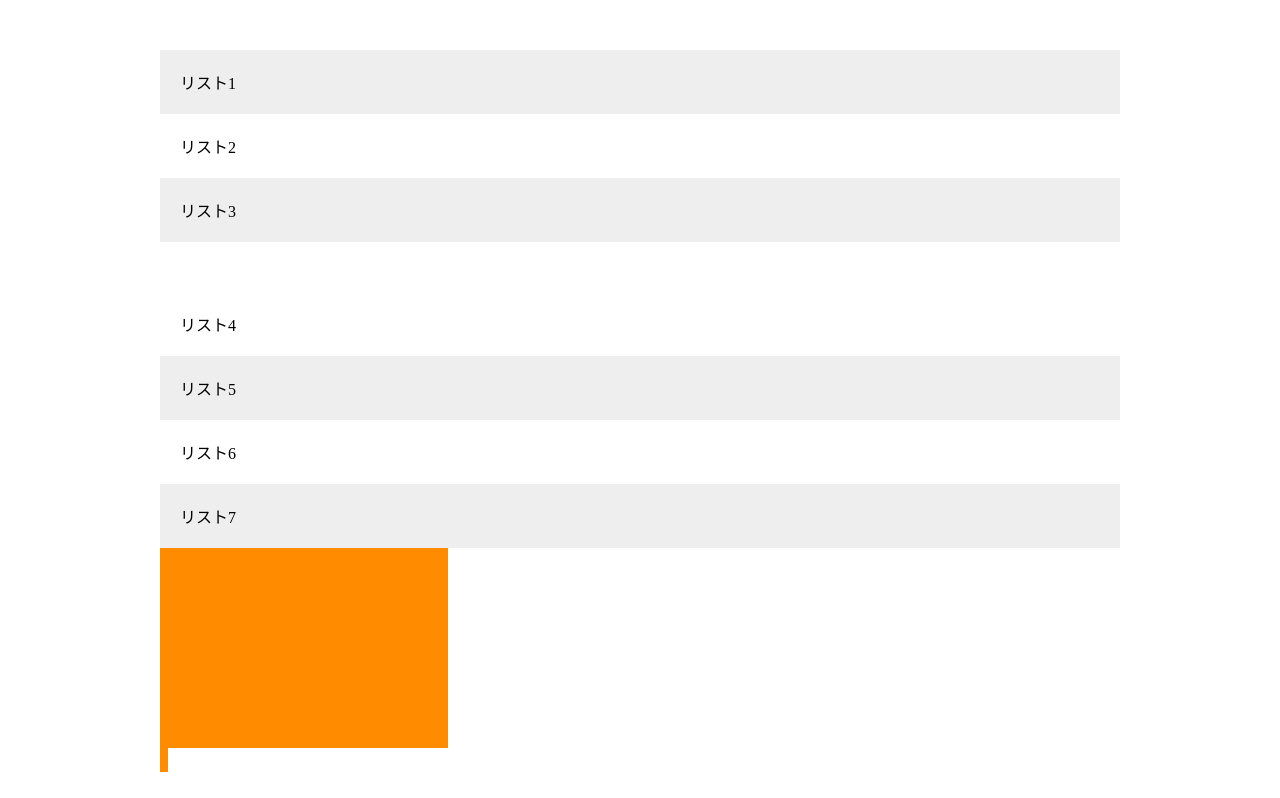
Repository: ayakodesu/html-practice
Page: chapter8_exercise/chapter8.html
The author's editor kept a record of every edit. The page is drawn from the files as they stood at one moment, then again after the next edit.
The browser window is 1280 px wide. The pictures show the whole page.

Above is the page before.

After the next edit:
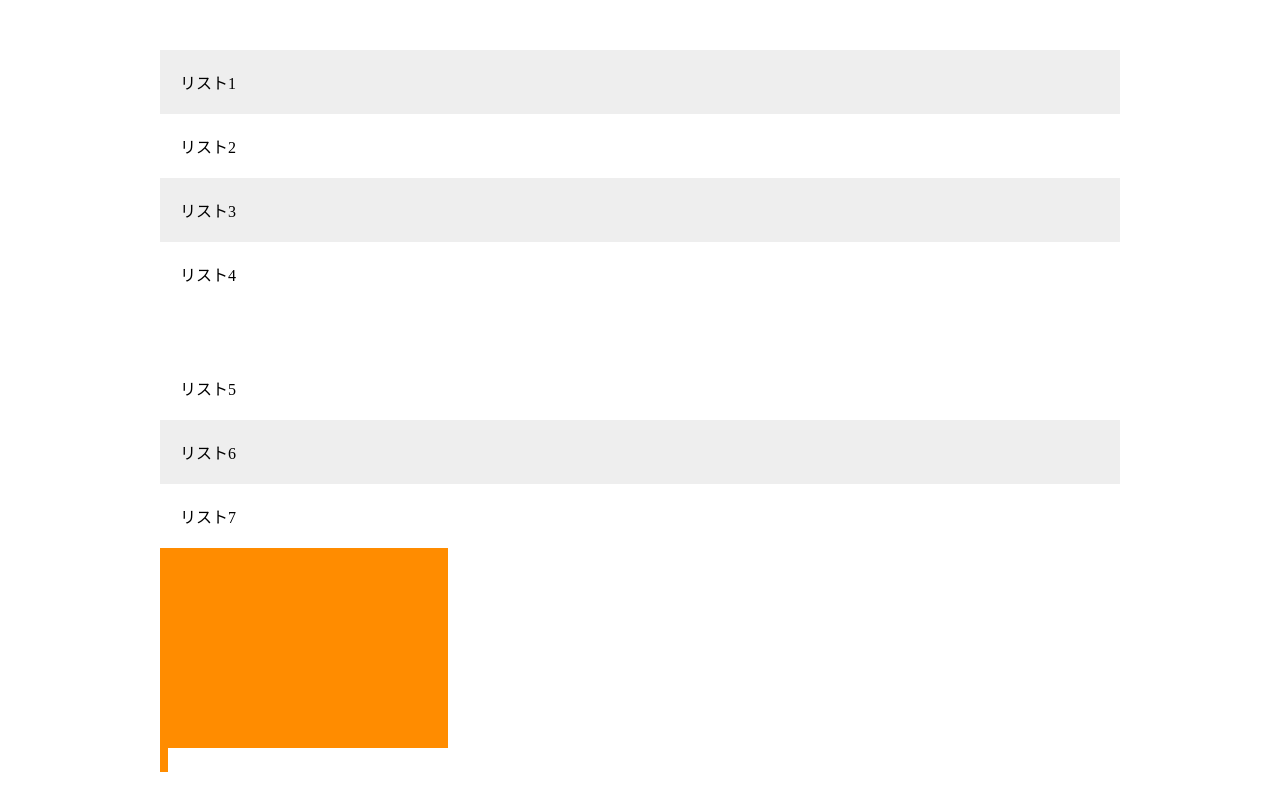
The edit:
--- a/chapter8_exercise/chapter8.html
+++ b/chapter8_exercise/chapter8.html
@@ -15,7 +15,7 @@
         <li class="item">リスト2</li>
 
 
-        <li class="item">リスト3</li></ul>
+        <li class="item">リスト3</li>
 
 
         <li class="item">リスト4</li></ul>
